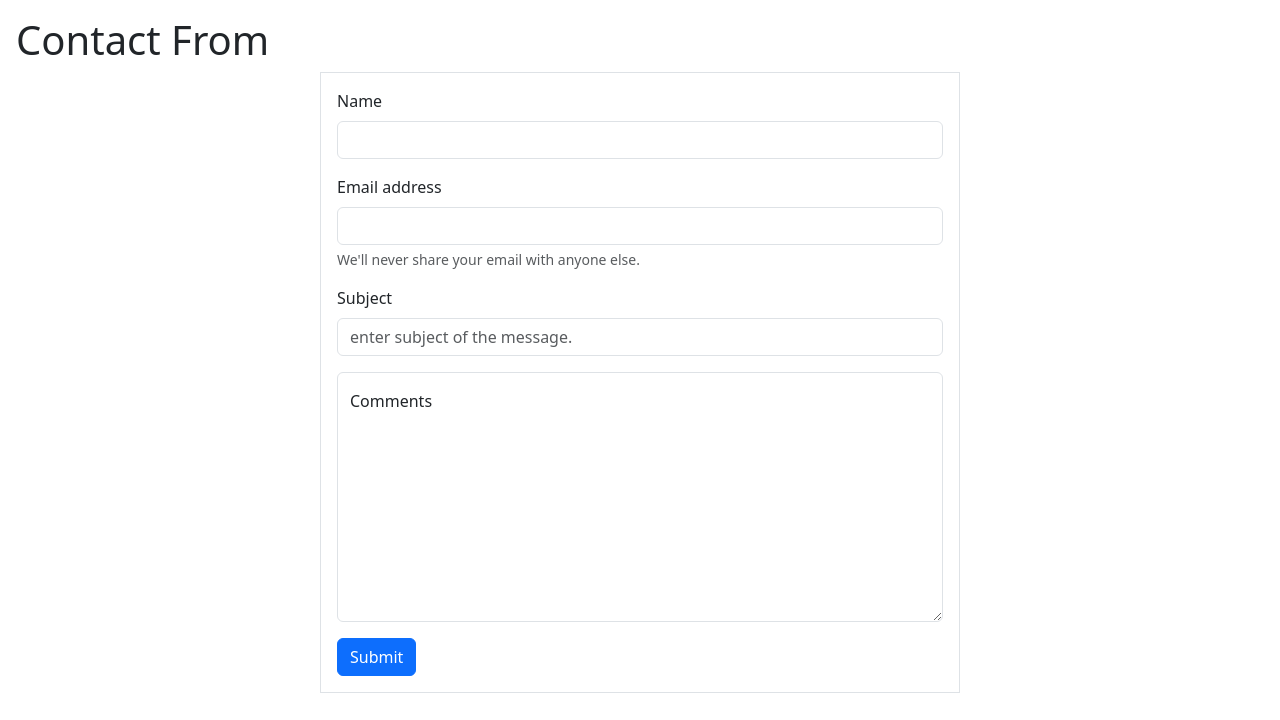
Repository: syni18/bootstrap_form
Page: index.html
The author's editor kept a copy of each file at every save. The page is drawn from the files as they stood at one save, then again after the next save.
The browser window is 1280 px wide. The pictures show the whole page.

Above is the page before, as saved 2023-10-26 15:39:12.

After the next save:
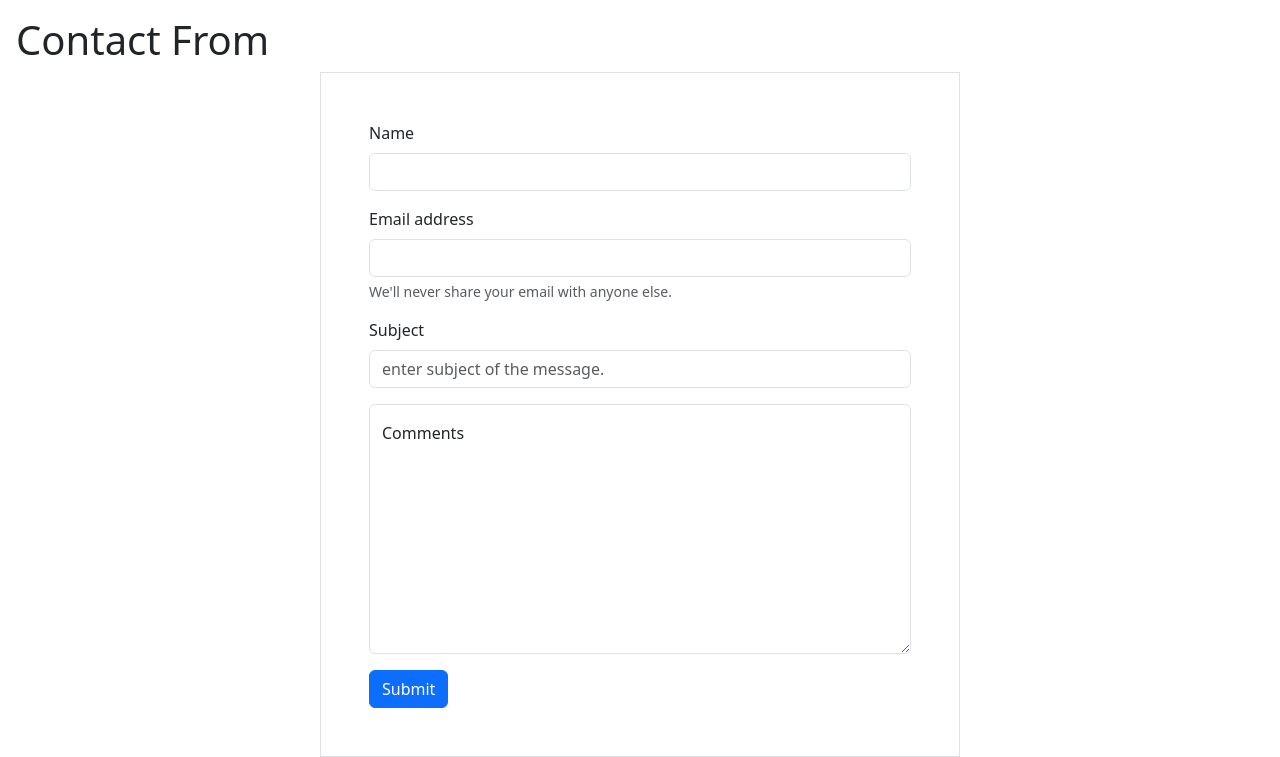
Saved 5 s later.
--- a/index.html
+++ b/index.html
@@ -8,7 +8,7 @@
 </head>
 <body>
     <h1 class="display-6 ms-3 mt-3">Contact From</h1>
-    <form class="container w-50 border p-3">
+    <form class="container w-50 border p-5">
   <div class="mb-3">
     <label for="exampleInputName1" class="form-label">Name</label>
     <input type="name" class="form-control" id="exampleInputName1" aria-describedby="NameHelp">
